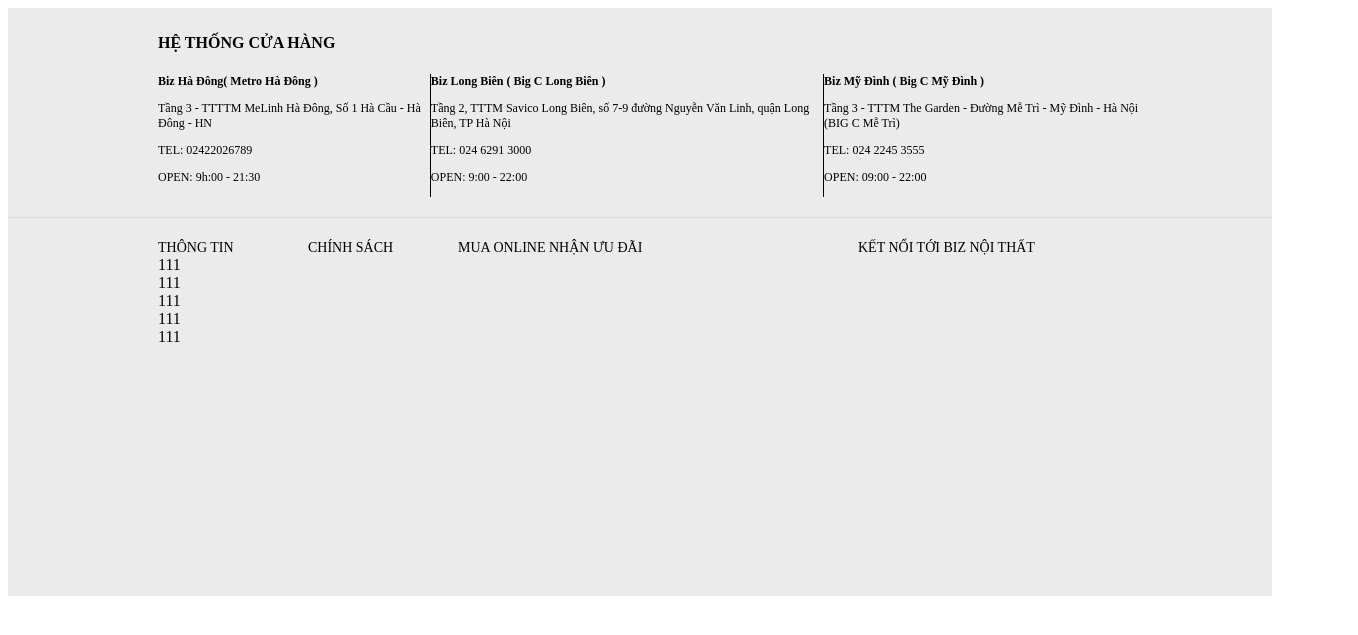
Repository: LongNguyen2504/T3H-FrondEnd
Page: lesson4_css_homework1.html
These files come from the project's save history. The page is drawn as it stood at one moment and after the next save; the edit follows.
The browser window is 1280 px wide. The page is 1358 px wide, so the pictures cover 1358 px, including what lies to the right of the window. The pictures show the whole page.

Above is the page before, as saved 2021-12-04 21:25:22.

### lesson4_css_homework1.html
<!DOCTYPE html>
<html lang="en">
<head>
    <meta charset="UTF-8">
    <meta http-equiv="X-UA-Compatible" content="IE=edge">
    <meta name="viewport" content="width=device-width, initial-scale=1.0">
    <title>Document</title>
    <link rel="stylesheet" href="lesson4_css_homework1.css">
</head>
<body>
    <div class="top-div ancestor-div">
        <div class="row1-div">
            <h4>HỆ THỐNG CỬA HÀNG</h4>
            <div class="row1-box-container">
                <div class="box1">
                    <strong>Biz Hà Đông( Metro Hà Đông )</strong>
                    <p>Tầng 3 - TTTTM MeLinh Hà Đông, Số 1 Hà Cầu - Hà Đông - HN</p>
                    <p>TEL: <a href="#1">02422026789</a></p>
                    <p>OPEN: 9h:00 - 21:30</p>
                </div>
                <div class="box2">
                    <strong>Biz Long Biên ( Big C Long Biên )</strong>
                    <p>Tầng 2, TTTM Savico Long Biên, số 7-9 đường Nguyễn Văn Linh, quận Long Biên, TP Hà Nội</p>
                    <p>TEL: <a href="#1">024 6291 3000</a></p>
                    <p>OPEN: 9:00 - 22:00</p>
                </div>
                <div class="box3">
                    <strong>Biz Mỹ Đình ( Big C Mỹ Đình )</strong>
                    <p>Tầng 3 - TTTM The Garden - Đường Mễ Trì - Mỹ Đình - Hà Nội (BIG C Mễ Trì)</p>
                    <p>TEL: <a href="#1">024 2245 3555</a></p>
                    <p>OPEN: 09:00 - 22:00</p>
                </div>
            </div>
        </div>
    </div>
    <div class="footer-div ancestor-div">
        <div class="row2-box-container">
            <div class="box4">
                <span>THÔNG TIN</span>
                <li><a class="a-footer" style="display: block; text-decoration: dashed;" href="#1">111</a></li>
                <li><a class="a-footer" href="#1">111</a></li>
                <li><a class="a-footer" href="#1">111</a></li>
                <li><a class="a-footer" href="#1">111</a></li>
                <li><a class="a-footer" href="#1">111</a></li>
            </div>
            <div class="box5">
                <span>CHÍNH SÁCH</span>
            </div>
            <div class="box6">
                <span>MUA ONLINE NHẬN ƯU ĐÃI</span>
            </div>
            <div class="box7">
                <span>KẾT NỐI TỚI BIZ NỘI THẤT</span>
            </div>
        </div>
    </div>
</body>
</html>

### lesson4_css_homework1.css
*{
    box-sizing: border-box;
}
.ancestor-div{
    background-color: #ebebeb;
    justify-content: center;
    font-family: 'Times New Roman', Times, serif;


}
.top-div{
    width: 100%;
    height: 210px;
    border-bottom: 1px solid #dddddd;
    position: relative;
}
.row1-div{
    width: 80%;
    height: 200px;
    position: absolute;
    top: 5px;
    left: 150px;
}
.footer-div{
    width: 100%;
    height: 378px;
    position: relative;
}
.row2-box-container{
    width: 1200px;
    position: absolute;
    top: 20px;
    left: 150px;
    display: flex;
}
.row1-box-container{
    width: 1000px;
    display: flex;
    overflow: auto;

}
.box1{
    padding: auto;
    font-size: 12px;
    border-right: 1px solid black ;
}
.box2{
    padding: auto;
    font-size: 12px;
    border-right: 1px solid black ;

    /* position: relative;
    left: 10px; */
}
.box3{
    padding: auto;
    font-size: 12px;
    /* position: relative;
    left: 15px; */
}
.box4{
    width: 150px;
}
.box5{
    width: 150px;
}
.box6{
    width: 400px;
}
.box7{
    width: 400px;
}
a{
    text-decoration: none;
    color: black;
}
span{
    font-size: 14px;
}
li{
    list-style-type: none;

}
.a-footer{
    display: block !important;
    text-decoration: dashed !important;
}

After the next save:
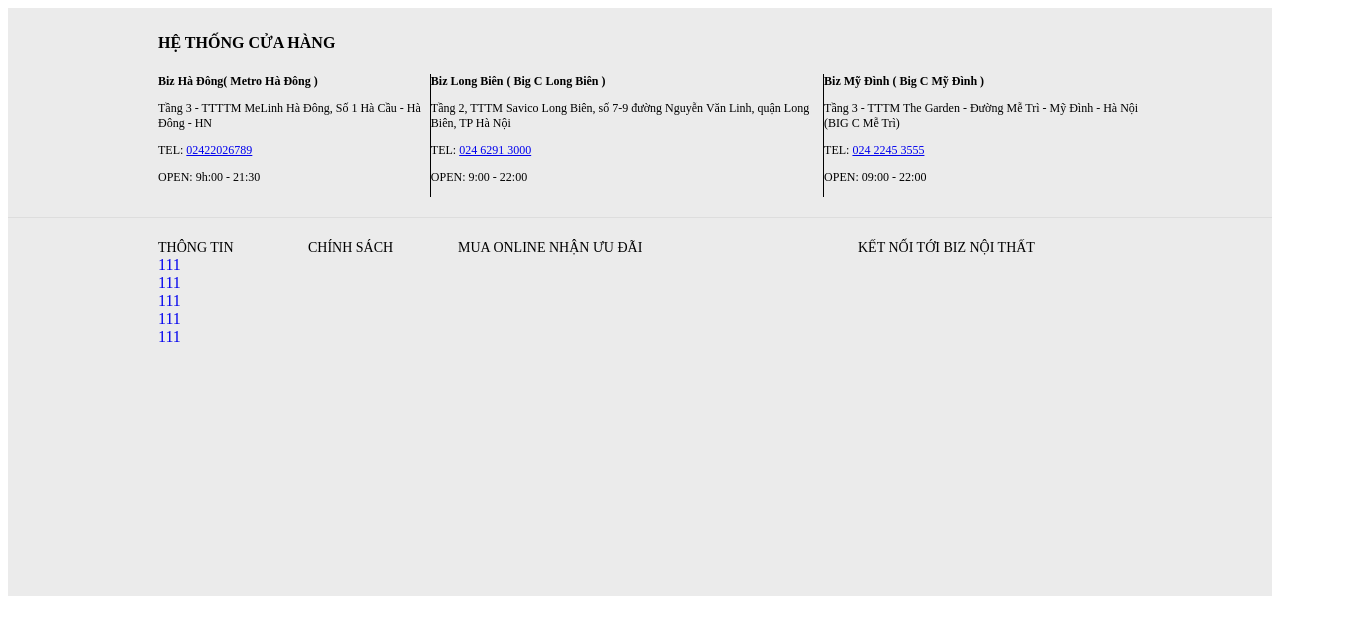
Saved 10 s later.
--- a/lesson4_css_homework1.css
+++ b/lesson4_css_homework1.css
@@ -70,10 +70,10 @@
 .box7{
     width: 400px;
 }
-a{
+/* a{
     text-decoration: none;
     color: black;
-}
+} */
 span{
     font-size: 14px;
 }
